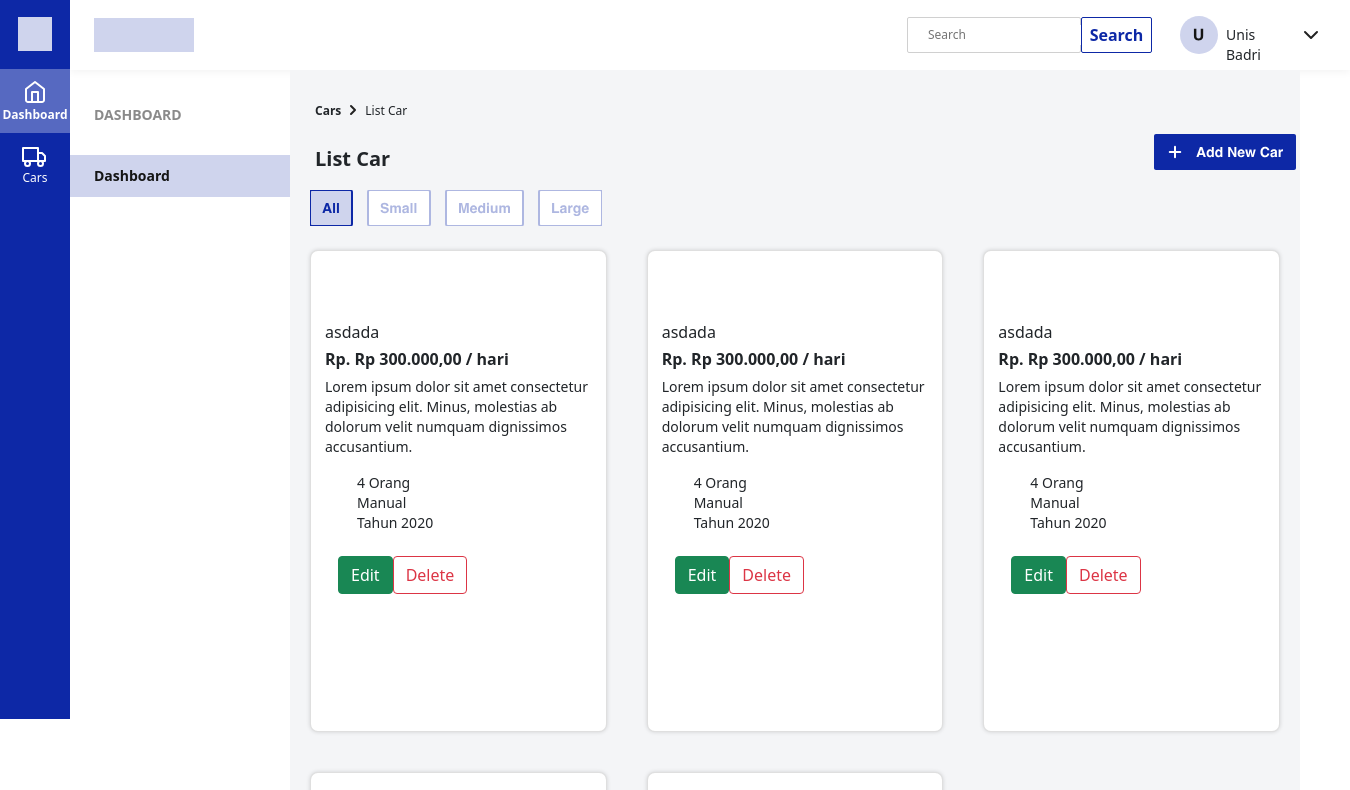
Repository: farrelmuhammad/challenge-7-binar
Page: /carlist
The author's editor kept a copy of each file at every save. The page is drawn from the files as they stood at one save, then again after the next save.
The browser window is 1280 px wide. The page is 1350 px wide, so the pictures cover 1350 px, including what lies to the right of the window. The pictures show the whole page.
An inner scrolling area shows only its first screen. The project was rebuilt for these pictures with package versions that can differ from the ones it lists, and the page was loaded fresh each time. Also part of the build but not shown: src/component/navbar.js, src/component/header.js, src/component/footer.js, src/App.js, src/component/admin/Dashboard/index.jsx, src/pages/admin/Dashboard.js, src/component/searchForm.js, src/pages/cars.js.

Above is the page before, as saved 2022-05-27 20:01:15.

### src/index.css
body {
  font-family: Helvetica Neue, Helvetica, Arial, sans-serif;
  font-style: normal;
  font-weight: normal;
  font-size: 14px;
  line-height: 20px;
  margin: 0;
  padding: 0;
}

h1,
h2,
h3,
h4,
h5 {
  line-height: 150%;
}

.header{
  background-color: #F1F3FF;
}

.footer i {
  color: #0D28A6;
  font-size: x-large;
}

.bg-darkblue{
  background-color: #0D28A6;
}

.logo {
  background-color: #0D28A6;
  width: 100px;
  height: 34px;
}

code {
  font-family: source-code-pro, Menlo, Monaco, Consolas, 'Courier New',
    monospace;
}

.card-cari {
  width: 1047px;
  /* height: 106px; */
  margin-top: -50px;
  z-index: 2;
}
.button-cari {
  width: 92px !important;
  margin-top: 30px;
  height: 36px;
}
.activeCari {
  height: 100%;
  width: 0;
  position: fixed;
  z-index: 2;
  top: 0;
  left: 0;
  background-color: rgba(0, 0, 0, 0.5);
  overflow-x: hidden;
  transition: 0.5s;
  padding-top: 34px;
}

### src/component/admin/Navbar.jsx
import { Link } from 'react-router-dom';
import './Navbar.css';

const Navbar = () => {
  return (
    <header>
      {/* navbar top */}
      <div className="nav-top navbar">
        <div className="logo"></div>
        <span
          className="icon-menu iconify"
          data-icon="charm:menu-hamburger"
          data-width="24"
        ></span>
        <form className="nav-search d-flex">
          <div className="box-search">
            <span
              className="iconify"
              data-icon="akar-icons:search"
              data-width="18"
            ></span>
            <input type="search" placeholder="Search" />
          </div>
          <button className="button-search" type="submit">
            Search
          </button>
        </form>
        <div className="profile">
          <img src="img/profile.svg" alt="profile" />
          <p>Unis Badri</p>
          <img className="dropdown" src="img/dropdown.svg" alt="dropdown" />
        </div>
      </div>

      {/* navbar side */}
      <div className="nav-side">
        <div className="nav-blue">
          <div className="square"></div>
          <div className="frame-menu">
            <div className="dash-img" id="active">
              <a href="/dashboard">
                <img src="/img/dashboard.svg" alt="dashboard" />
              </a>
              <a href="/dashboard">Dashboard</a>
            </div>
            <div className="dash-img">
              <Link to="/carlist">
              <a>
                <img src="/img/cars.svg" alt="cars" />
                Cars
              </a>
              </Link>
            </div>
          </div>
        </div>
        <div className="nav-white">
          <div className="title-menu">
            <h1>DASHBOARD</h1>
          </div>
          <div className="list-menu">
            <h1>Dashboard</h1>
          </div>
        </div>
      </div>
    </header>
  );
};

export default Navbar;

### src/component/admin/Cars/index.jsx

import { Link } from "react-router-dom";
import "./Content.css";

const CarsListContent= () => {
    const dataOrder = [
        {
          id: "1",
          email: "admin@admin.com",
          car: "Innova",
          start: "05-05-2022",
          finish: "08-05-2022",
          price: "Rp 300.000,00",
          status: "Done",
        },
        {
          id: "2",
          email: "admin@admin.com",
          car: "Innova",
          start: "05-05-2022",
          finish: "08-05-2022",
          price: "Rp 300.000,00",
          status: "Done",
        },
        {
          id: "3",
          email: "admin@admin.com",
          car: "Innova",
          start: "05-05-2022",
          finish: "08-05-2022",
          price: "Rp 300.000,00",
          status: "Done",
        },
        {
          id: "4",
          email: "admin@admin.com",
          car: "Innova",
          start: "05-05-2022",
          finish: "08-05-2022",
          price: "Rp 300.000,00",
          status: "Done",
        },
        {
          id: "5",
          email: "admin@admin.com",
          car: "Innova",
          start: "05-05-2022",
          finish: "08-05-2022",
          price: "Rp 300.000,00",
          status: "Done",
        },
      ];

  return (
    <>
      <div className="content">
        <div className="breadcrumb">
          <h1>Cars</h1>
          <img src="img/arrow-right.svg" alt="arrow-right" />
          <p>List Car</p>
        </div>
        <div className="row">
            <div className="col">
                <h1 className="title-h1">List Car</h1>
            </div>
            <div className="col mt-5 p-3 text-end">
                <img src="img/btn-addcar.svg" alt="add new"/>
            </div>
        </div>
        <div className="breadcumb ms-3 p-1">
          <img src="img/breadcumb carlist.svg" alt="" />
        </div>

        {/* order table */}
        <div className="container-car">
            {dataOrder?.map((order, i) => (
                <div key={order.id} className="card">
                    <div className="image">
                        <img src="" alt="" />
                    </div>
                    <div className="info">
                        <h6>asdada</h6>
                        <h6 className="price">Rp. {order.price} / hari</h6>
                        <p>Lorem ipsum dolor sit amet consectetur adipisicing elit. Minus, molestias ab dolorum velit numquam dignissimos accusantium.</p>
                        <ul>
                            <li>4 Orang</li>
                            <li>Manual</li>
                            <li>Tahun 2020</li>
                        </ul>
                        <div className="btn">
                            <Link to='/' className="btn btn-success text-white">Edit</Link>
                            <Link to='/' className="btn btn-outline-danger">Delete</Link>
                        </div>
                    </div>
                </div>
            ))}
        </div>

        {/* table navigation */}
        <div className="table-nav">
          <div className="limit-nav">
            <p>Limit</p>
            <img src="img/form-drop.svg" alt="form-drop" />
          </div>
          <div className="jump-nav">
            <p>Jump to page</p>
            <img src="img/form-drop-2.svg" alt="form-drop-2" />
          </div>
          <div className="go-nav">
            <h1>Go</h1>
          </div>
          <div className="page-number">
            <img src="img/page-number.svg" alt="page-number" />
          </div>
        </div>

        <div className="list-car">
          <img src="img/line-blue.svg" alt="" />
          <h1>List Car</h1>
        </div>
        {/* car table */}
        <div className="list-table">
          <table className="table table-borderless">
            <thead>
              <tr>
                <th style={{ textAlign: "center" }}>No</th>
                <th>
                  Name
                  <img className="sort" src="img/sort.svg" alt="sort" />
                </th>
                <th>
                  Category
                  <img className="sort" src="img/sort.svg" alt="sort" />
                </th>
                <th>
                  Price
                  <img className="sort" src="img/sort.svg" alt="sort" />
                </th>
                <th>
                  Start Rent
                  <img className="sort" src="img/sort.svg" alt="sort" />
                </th>
                <th>
                  Finish Rent
                  <img className="sort" src="img/sort.svg" alt="sort" />
                </th>
                <th>
                  Created at
                  <img className="sort" src="img/sort.svg" alt="sort" />
                </th>
                <th>
                  Updated at
                  <img className="sort" src="img/sort.svg" alt="sort" />
                </th>
              </tr>
            </thead>
            <tbody>
              {/* {dataCarAdmin?.map((car, i) => (
                <>
                  <tr>
                    <td key={car.id} style={{ textAlign: "center" }}>
                      {i + 1}
                    </td>
                    <td>{car.name}</td>
                    <td>{car.category}</td>
                    <td>{car.price}</td>
                    <td>{car.start_rent_at}</td>
                    <td>{car.finish_rent_at}</td>
                    <td>{car.createdAt}</td>
                    <td>{car.updatedAt}</td>
                  </tr>
                </>
              ))} */}
            </tbody>
          </table>
        </div>

        {/* table navigation */}
        <div className="table-nav">
          <div className="limit-nav">
            <p>Limit</p>
            <img src="img/form-drop.svg" alt="form-drop" />
          </div>
          <div className="jump-nav">
            <p>Jump to page</p>
            <img src="img/form-drop-2.svg" alt="form-drop-2" />
          </div>
          <div className="go-nav">
            <h1>Go</h1>
          </div>
          <div className="page-number">
            <img src="img/page-number.svg" alt="page-number" />
          </div>
        </div>
      </div>
    </>
  );
};

export default CarsListContent

### src/component/admin/Navbar.css
h1 {
    font-size: 14px;
    line-height: 20px;
}

header .nav-top {
    position: absolute;
    width: 1280px;
    height: 70px;
    left: 70px;
    right: 0;
    top: 0px;
    box-shadow: 0px 2px 8px rgba(0, 0, 0, 0.05);
}

header .nav-top .logo {
    position: absolute;
    width: 100px;
    height: 34px;
    left: 24px;
    top: 18px;
    background: #CFD4ED;
}

header .nav-top .icon-menu {
    position: absolute;
    width: 24px;
    height: 24px;
    left: 244px;
    top: 23px;
}

header .nav-top .nav-search {
    display: flex;
    flex-direction: row;
    align-items: flex-start;
    padding: 0px;
    position: absolute;
    width: 245px;
    height: 36px;
    left: 837px;
    top: 17px;
}

header .nav-top .nav-search .box-search {
    display: flex;
    flex-direction: row;
    align-items: center;
    padding-left: 12px;
    width: 174px;
    height: 36px;
    border: 1px solid #D0D0D0;
    border-radius: 2px;
    font-size: 12px;
    line-height: 18px;
    color: #8A8A8A;
}

header .nav-top .nav-search .box-search > input {
    border: none;
    outline: none;
    padding-left: 8px;
}

header .nav-top .nav-search .button-search {
    display: flex;
    flex-direction: row;
    justify-content: center;
    align-items: center;
    padding: 8px 12px;
    width: 71px;
    height: 36px;
    background-color: white;
    border: 1px solid #0D28A6;
    border-radius: 2px;
    font-weight: 700;
    color:#0D28A6;
}

header .nav-top .profile {
    display: flex;
    flex-direction: row;
    align-items: center;
    position: absolute;
    width: 143px;
    height: 38px;
    left: 1110px;
    right: 24px;
    top: 16px;
}

header .nav-top .profile > p {
    position: absolute;
    width: 65px;
    height: 20px;
    left: 46px;
    top: 9px;
    font-weight: 400;
    font-size: 14px;
    line-height: 20px;
}

header .nav-top .profile .dropdown {
    position: absolute;
    width: 24px;
    height: 24px;
    left: 119px;
    top: 7px;
}

header .nav-side {
    position: absolute;
    width: 290px;
    height: 100%;
    left: 0px;
    top: -1px;
}

header .nav-side .nav-blue {
    position: absolute;
    left: 0%;
    right: 75.86%;
    top: 0%;
    bottom: 0%;
    background: #0D28A6;
}

header .nav-side .nav-blue .square {
    position: absolute;
    width: 34px;
    height: 34px;
    left: 18px;
    top: 18px;
    background: #CFD4ED;
}

header .nav-side .nav-blue .frame-menu {
    display: flex;
    flex-direction: column;
    align-items: flex-start;
    padding: 0px;
    position: absolute;
    width: 70px;
    height: 128px;
    left: 0px;
    top: 70px;
}

header .nav-side .nav-blue .frame-menu .dash-img {
    display: flex;
    flex-direction: column;
    justify-content: center;
    align-items: center;
    padding: 20px 23px;
    position: static;
    width: 70px;
    height: 64px;
    left: 0px;
    top: 0px;
}

#active {
    font-weight: 700;
    background: rgba(255, 255, 255, 0.3);
}

header .nav-side .nav-blue .frame-menu .dash-img a {
    font-size: 12px;
    line-height: 18px;
    margin-top: 2px;
    text-decoration: none;
    color: white;
}

header .nav-side .nav-blue img:last-child {
    margin-top: 0;
}

header .nav-side .nav-white {
    position: absolute;
    left: 24.14%;
    right: 0%;
    top: 7.76%;
    bottom: 0.22%;
}

header .nav-side .nav-white .title-menu {
    position: absolute;
    width: 220px;
    height: 42px;
    left: 24px;
    top: 50px;
}

header .title-menu h1 {
    font-weight: 700;
    color: #8A8A8A;
    left: 24px;
}

header .nav-side .nav-white .list-menu {
    position: static;
    margin-top: 100px;
    width: 220px;
    height: 42px;
    padding: 11px 24px;
    background: #CFD4ED;
}

header .list-menu h1 {
    font-weight: 700;
    color: #151515;
    left: 24px;
}

### src/component/admin/Dashboard/Content.css
.content {
    position: absolute;
    overflow: auto;
    left: 290px;
    top: 70px;
    /* width: 1280px; */
    height: 100%;
    background: #F4F5F7;
    font-size: 14px;
    line-height: 20px;
}

.content .breadcrumb {
    position: absolute;
    width: 300px;
    height: 18px;
    left: 25px;
    top: 32px;
}

.content .breadcrumb > h1 {
    font-size: 12px;
    line-height: 18px;
    font-weight: 700;
}

.content .breadcrumb > p {
    font-size: 12px;
    line-height: 18px;
    font-weight: 300;
}

.content .breadcrumb > img {
    width: 16px;
    height: 16px;
    margin-left: 4px;
    margin-right: 4px;
}

.content .title-h1 {
    font-size: 20px;
    line-height: 30px;
    font-weight: 700;
    margin-left: 25px;
    margin-top:74px;
}

.content .list-order {
    margin-top: 24px;
    position: absolute;
    width: 79px;
    height: 24px;
    margin-left: 25px;
}

.content .list-order > img {
    width: 4px;
    height: 24px;
}

.content .list-order > h1 {
    float: right;
    font-weight: 700;
    margin-left: 8px;
}

.content .list-table table {
    margin-left: 25px;
    margin-top: 72px;
    width: 100%;
    table-layout: fixed;
    background-color: white;
    border: 1px solid none;
    border-radius: 2px;
}

.content .list-table table thead {
    background-color: rgba(207, 212, 237, 1);
    font-weight: 700;
}

.content .list-table table thead th:first-child {
    width: 40px;
}

.content .list-table table thead th > img {
    float: right;
}

.content .table-nav {
    display: flex;
    flex-direction: row;
    width: 1010px;
    font-size: 12px;
    line-height: 18px;
    font-weight: 300;
}

.content .table-nav .limit-nav{
    margin-left: 25px;
}

.content .table-nav .limit-nav p {
    font-size: 12px;
    line-height: 18px;
}

.content .table-nav .jump-nav {
    margin-left: 24px;
}

.content .table-nav .jump-nav p {
    font-size: 12px;
    line-height: 18px;
}

.content .table-nav .go-nav {
    width: 43px;
    height: 36px;
    margin-top: 34px;
    background: #0D28A6;
    border-radius: 0px 2px 2px 0px;
}

.content .table-nav .go-nav > h1 {
    text-align: center;
    font-weight: bold;
    color: white;
    padding: 8px 8px;
}

.content .table-nav .page-number {
    margin-top: 33px;
    margin-left: 550px;
}

.content .list-car {
    margin-top: 24px;
    position: absolute;
    width: 65px;
    height: 24px;
    margin-left: 25px;
}

.content .list-car > img {
    width: 4px;
    height: 24px;
}

.content .list-car > h1 {
    float: right;
    font-weight: 700;
    margin-left: 8px;
}

.content .title-button-car {
    display: inline-flex;
}

.content .title-button-car > h1 {
    margin-right: 800px;
}

.content .title-button-car > a img {
    margin-top: 74px;
}

.content .button-category {
    margin-top: 24px;
    margin-left: 8px;
    display: inline-flex;
}

.content .button-category img {
    margin-left: 16px;
}

.content .cars-card {
    width: 320px;
    height: 482px;
    margin-left: 25px;
    margin-top: 24px;
    box-shadow: 0px 0px 4px rgba(0, 0, 0, 0.15);
    border-radius: 8px;
}

.content .cars-card .card-img-top {
    width: 270px;
    height: 160px;
    margin: auto;
    margin-top: 55px;
}

.content .cars-card .card-body {
    padding: 24px;
}

.content .cars-card .card-body .bold-h1 {
    font-weight: 700;
    font-size: 16px;
    line-height: 24px;
    margin-bottom: 0;
}

.content .cars-card .card-body-text {
    display: inline-flex;
    width: 303px;
    height: 20px;
    margin-top: 16px;
}

.content .cars-card .card-body-text img {
    margin-right: 8px;
    width: 20px;
    height: 20px;
}

.content .cars-card .button-card {
    display: inline-flex;
    margin-left: 8px;
    margin-top: 24px;
}

.content .cars-card .button-card img {
    width: 120px;
}

.content .cars-card .button-card img:last-child {
    margin-left: 16px;
}

.content .form-add-new-car {
    width: 1010px;
    height: 350px;
    background: white;
    margin-top: 32px;
    margin-left: 25px;
}

.content .form-add-new-car .content-form {
    padding-top: 16px;
    padding-left: 25px;
    font-weight: 300;
    font-size: 12px;
    line-height: 18px;
}

.content .form-add-new-car .content-form label {
    width: 147px;
}

.content .form-add-new-car .content-form input {
    width: 339px;
    height:auto;
    border: 1px solid #D0D0D0;
    border-radius: 2px;
    color: #8A8A8A;
    font-weight: 300;
    font-size: 12px;
    line-height: 18px;
}

.content .form-add-new-car .content-form .content-box {
    margin-left: 4px;
}

.content .form-add-new-car .content-h1 h1 {
    display: inline-flex;
    margin-left: 25px;
    margin-top: 16px;
    font-weight: 300;
    font-size: 12px;
    line-height: 18px;
}

.content .form-add-new-car .content-h1 h1:first-child {
    width: 147px;
}

.content .form-add-new-car .content-h1 h1:last-child {
    margin-left: 8px;
}

.content .button-form {
    display: inline-flex;
    margin-left: 9px;
}

.content .button-form img {
    margin-left: 16px;
    margin-top: 282px;
    margin-bottom: 40px;
}

Loaded but not shown: public/index.html (common file); src/app/store.js (common file); src/reportWebVitals.js (common file); src/features/counter/counterAPI.js (common file); src/features/counter/counterSlice.js (73 lines, source omitted); src/index.js (26 lines, source omitted); src/Routes.js (23 lines, source omitted); src/pages/admin/CarsList.js (14 lines, source omitted); src/component/admin/Cars/Content.css (333 lines, source omitted)

After the next save:
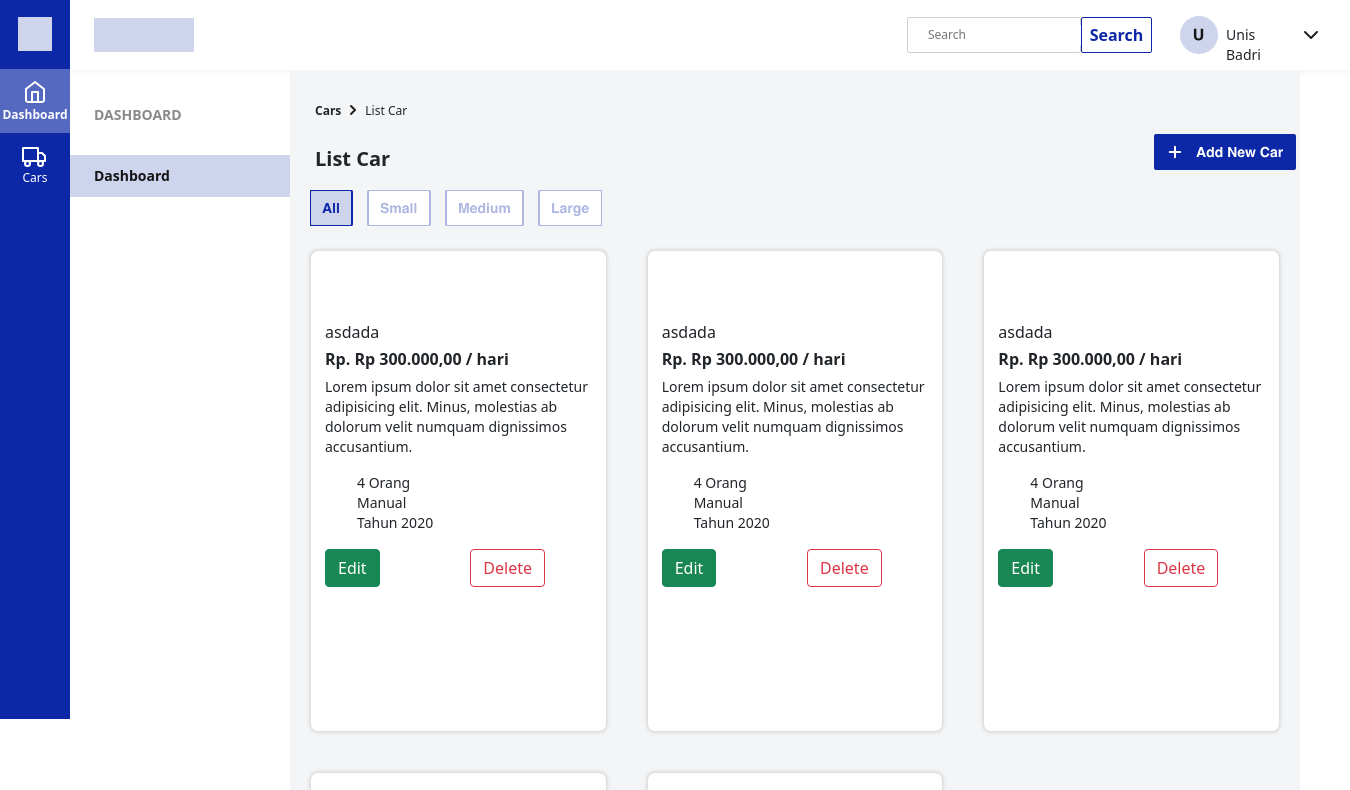
Saved 77 s later.
--- a/src/component/admin/Cars/index.jsx
+++ b/src/component/admin/Cars/index.jsx
@@ -87,9 +87,13 @@ const CarsListContent= () => {
                             <li>Manual</li>
                             <li>Tahun 2020</li>
                         </ul>
-                        <div className="btn">
-                            <Link to='/' className="btn btn-success text-white">Edit</Link>
-                            <Link to='/' className="btn btn-outline-danger">Delete</Link>
+                        <div className="row">
+                            <div className="col">
+                                <Link to='/' className="btn btn-success text-white">Edit</Link>
+                            </div>
+                            <div className="col">
+                                <Link to='/' className="btn btn-outline-danger">Delete</Link>
+                            </div>
                         </div>
                     </div>
                 </div>
